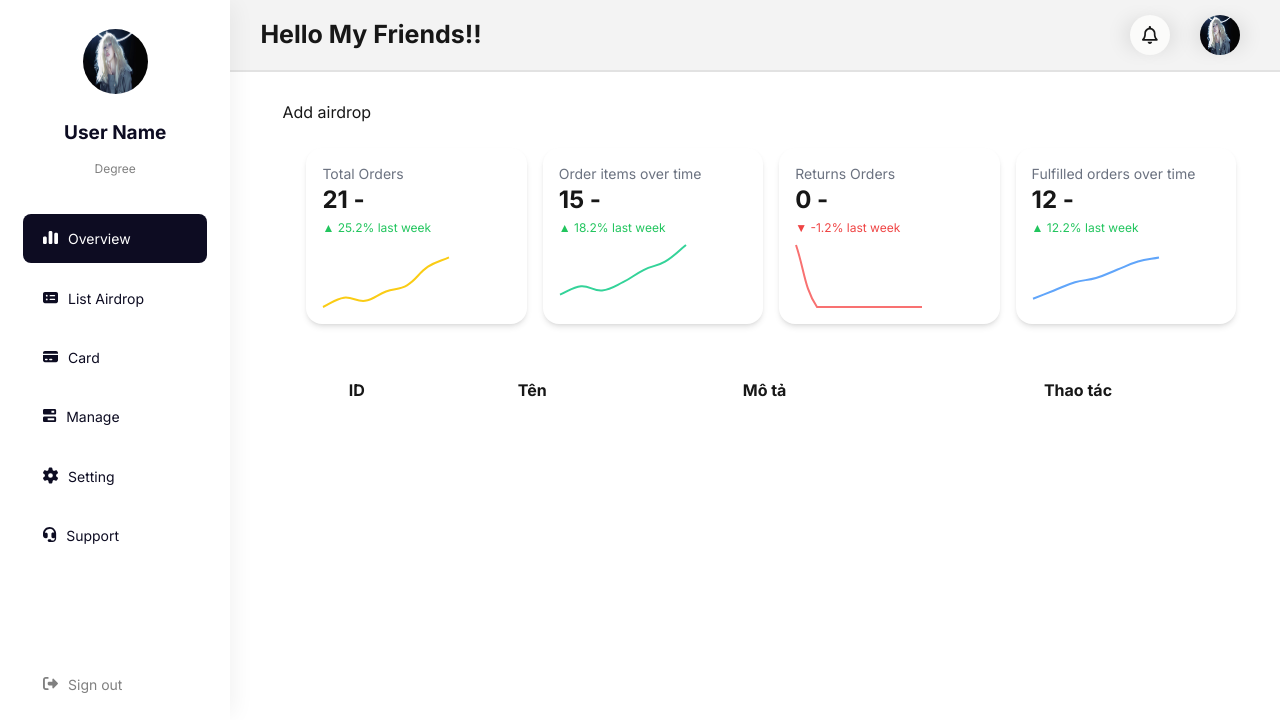
Repository: conGaStuer/airdropmamager
Page: /airdrops
An editor plug-in stored every save of this project. The page is shown before and after the next save, followed by the edit.
The browser window is 1280 px wide. The pictures show the whole page.
The page's requests for data from a server got no answer. The project was rebuilt for these pictures with package versions that can differ from the ones it lists, and the page was loaded fresh each time. The framework's server and built-in components were replaced by stand-ins that run in the browser. No one was signed in, and anything a server would have sent is missing. Also part of the build but not shown: next.config.ts.

Above is the page before, as saved 2025-05-26 19:43:21.

### src/app/layout.tsx
// app/layout.tsx
import { Inter } from "next/font/google";
import "../styles/globals.css";
import NavBar from "@/components/NavBar";
import SideBar from "@/components/SideBar";

const inter = Inter({ subsets: ["latin"] });

export const metadata = {
  title: "Airdrop Admin",
  description: "Manage Airdrops",
};

// app/layout.tsx
export default function RootLayout({
  children,
}: {
  children: React.ReactNode;
}) {
  return (
    <html lang="en">
      <body>{children}</body>
    </html>
  );
}

### src/app/airdrops/layout.js
// app/airdrops/layout.js (hoặc layout.tsx nếu bạn dùng TypeScript)
"use client";
import React from "react";
import NavBar from "@/components/NavBar";
import SideBar from "@/components/SideBar";

export default function AirdropLayout({ children }) {
  return (
    <div className="flex">
      <SideBar />
      <div className="flex-1">
        <NavBar />
        <main className="pt-20 pl-8">{children}</main>
      </div>
    </div>
  );
}

### src/app/airdrops/page.js
"use client";
import React from "react";
import { useState, useEffect } from "react";
import axios from "axios";
import { useRouter } from "next/navigation";

import StatCard from "@/components/StatCard";

export default function AirdropPages() {
  const [airdrops, setAirdrops] = useState([]);

  useEffect(() => {
    const fetchAirdrops = async () => {
      try {
        const res = await axios.get("http://localhost:5000/api/airdrops");
        setAirdrops(res.data);
      } catch (err) {
        console.error("Error fetching airdrops:", err);
      }
    };
    fetchAirdrops();
  }, []);

  const handleDelete = async (id) => {
    if (confirm("Bạn có chắc muốn xóa airdrop này không?")) {
      await axios.delete(`http://localhost:5000/api/airdrops/${id}`);
      const res = await axios.get("http://localhost:5000/api/airdrops");
      setAirdrops(res.data);
    }
  };
  const router = useRouter();
  return (
    <div style={{ padding: 20 }}>
      <button onClick={() => router.push("./airdrops/new")}>Add airdrop</button>
      <div className="p-6 grid grid-cols-1 md:grid-cols-2 lg:grid-cols-4 gap-4">
        <StatCard
          title="Total Orders"
          value={21}
          percentage={25.2}
          isUp={true}
          chartColor="#FACC15" // yellow
          data={[5, 8, 7, 10, 12, 18, 21]}
        />
        <StatCard
          title="Order items over time"
          value={15}
          percentage={18.2}
          isUp={true}
          chartColor="#34D399" // green
          data={[3, 5, 4, 6, 9, 11, 15]}
        />
        <StatCard
          title="Returns Orders"
          value={0}
          percentage={-1.2}
          isUp={false}
          chartColor="#F87171" // red
          data={[1, 0, 0, 0, 0, 0, 0]}
        />
        <StatCard
          title="Fulfilled orders over time"
          value={12}
          percentage={12.2}
          isUp={true}
          chartColor="#60A5FA" // blue
          data={[2, 4, 6, 7, 9, 11, 12]}
        />
      </div>
      <table
        border="1"
        cellPadding="10"
        style={{ marginTop: 20, width: "100%" }}
      >
        <thead>
          <tr>
            <th>ID</th>
            <th>Tên</th>
            <th>Mô tả</th>
            <th>Thao tác</th>
          </tr>
        </thead>
        <tbody>
          {airdrops.map((item) => (
            <tr key={item.id}>
              <td>{item.id}</td>
              <td>{item.name}</td>
              <td>{item.description}</td>
              <td>
                <button
                  onClick={() => router.push(`./airdrops/${item.id}/edit`)}
                >
                  Edit
                </button>
                <button onClick={() => handleDelete(item.id)}>Delete</button>
              </td>
            </tr>
          ))}
        </tbody>
      </table>
    </div>
  );
}

### src/styles/globals.css
@tailwind base;
@tailwind components;
@tailwind utilities;

:root {
  --background: #ffffff;
  --foreground: #171717;
}

@media (prefers-color-scheme: dark) {
  :root {
    --background: #ffffff;
    --foreground: #393737;
  }
}

body {
  color: var(--foreground);
  background: var(--background);
  font-family: inter;
  background-size: cover;
  background-position: center;
}

### src/components/NavBar.js
import React from "react";
import "../styles/navbar.scss";
import { FontAwesomeIcon } from "@fortawesome/react-fontawesome";
import {
  faEdit,
  faTrash,
  faRectangleList,
  faChartSimple,
  faCreditCard,
  faBarsProgress,
  faGear,
  faHeadset,
  faRightFromBracket,
  faRing,
} from "@fortawesome/free-solid-svg-icons";
import { faBell } from "@fortawesome/free-regular-svg-icons";
import Image from "next/image";
export default function NavBar() {
  return (
    <div className="nav-side">
      <p>Hello My Friends!!</p>
      <div className="menu">
        <div className="iconn">
          <FontAwesomeIcon icon={faBell} className="icon" />
        </div>
        <Image src="/styles/avt.jpg" alt="Avatar" width={20} height={20} />
      </div>
    </div>
  );
}

### src/components/SideBar.js
import React from "react";
import "../styles/sideBar.scss";
import { FontAwesomeIcon } from "@fortawesome/react-fontawesome";
import {
  faEdit,
  faTrash,
  faRectangleList,
  faChartSimple,
  faCreditCard,
  faBarsProgress,
  faGear,
  faHeadset,
  faRightFromBracket,
} from "@fortawesome/free-solid-svg-icons";
import Image from "next/image";
import Link from "next/link";
export default function SideBar() {
  return (
    <div className="side-bar">
      <div className="side-info">
        <div className="user-profile">
          <Image src="/styles/avt.jpg" alt="Avatar" width={80} height={80} />
          <h4>User Name</h4>
          <p>Degree</p>
        </div>
      </div>
      <div className="side-menu">
        <div className="menu-element menu-element1">
          <FontAwesomeIcon icon={faChartSimple} className="icon" />

          <span>Overview</span>
        </div>
        <Link href="./airdrops" className="menu-element">
          <FontAwesomeIcon icon={faRectangleList} className="icon" />

          <span>List Airdrop</span>
        </Link>
        <div className="menu-element">
          <FontAwesomeIcon icon={faCreditCard} className="icon" />
          <span>Card</span>
        </div>
        <div className="menu-element">
          <FontAwesomeIcon icon={faBarsProgress} className="icon" />
          <span>Manage</span>
        </div>
        <div className="menu-element">
          <FontAwesomeIcon icon={faGear} className="icon" />
          <span>Setting</span>
        </div>
        <div className="menu-element">
          <FontAwesomeIcon icon={faHeadset} className="icon" />

          <span>Support</span>
        </div>
      </div>
      <div className="side-logout">
        <FontAwesomeIcon icon={faRightFromBracket} className="icon" />
        <span>Sign out</span>
      </div>
    </div>
  );
}

### src/components/StatCard.js
import { Line } from "react-chartjs-2";
import {
  Chart as ChartJS,
  LineElement,
  CategoryScale,
  LinearScale,
  PointElement,
} from "chart.js";

ChartJS.register(LineElement, CategoryScale, LinearScale, PointElement);

export default function StatCard({
  title,
  value,
  percentage,
  chartColor,
  data,
  isUp,
}) {
  return (
    <div className="bg-white p-4 rounded-2xl shadow-md w-full max-w-xs">
      <div className="text-sm text-gray-500">{title}</div>
      <div className="flex items-center justify-between">
        <div className="text-2xl font-bold">{value} -</div>
      </div>
      <div className="flex items-center text-xs text-gray-400 mt-1">
        <span className={isUp ? "text-green-500" : "text-red-500"}>
          {isUp ? "▲" : "▼"} {percentage}% last week
        </span>
      </div>
      <div className="h-16 mt-2">
        <Line
          data={{
            labels: data.map((_, i) => i),
            datasets: [
              {
                data,
                borderColor: chartColor,
                borderWidth: 2,
                tension: 0.4,
                pointRadius: 0,
              },
            ],
          }}
          options={{
            responsive: true,
            plugins: {
              legend: { display: false },
              tooltip: { enabled: false },
            },
            scales: {
              x: { display: false },
              y: { display: false },
            },
          }}
        />
      </div>
    </div>
  );
}

### src/styles/navbar.scss
@mixin center-div {
  display: flex;

  justify-content: space-between;
  align-items: center;
}
@mixin no-space-text {
  margin: 0px;
  padding: 0px;
}
.nav-side {
  width: 82%;
  height: 10vh;
  background-color: #f3f3f3;
  position: fixed;
  float: right;
  right: 0px;

  border-bottom-right-radius: 0px;
  @include center-div();
  padding-left: 30px;
  padding-right: 40px;
  border-bottom: 2px solid rgb(226, 226, 226);
  p {
    font-size: 25px;
    font-weight: bold;
    font-family: "Inter", sans-serif;
  }
  .menu {
    width: 120px;
    height: 90%;
    @include center-div();

    .iconn {
      width: 40px;
      height: 40px;
      background-color: #fbfbfa;
      border-radius: 50%;
      @include center-div();
      justify-content: center;
      position: relative;
      left: 10px;
      box-shadow: 10px 0 20px -5px rgba(0, 0, 0, 0.1),
        -10px 0 20px -5px rgba(0, 0, 0, 0.1);

      .icon {
        font-size: 18px;
      }
    }
    img {
      width: 40px;
      height: 40px;
      border-radius: 50%;
      box-shadow: 10px 0 20px -5px rgba(0, 0, 0, 0.1),
        -10px 0 20px -5px rgba(0, 0, 0, 0.1);
    }
  }
}

### src/styles/sideBar.scss
@mixin center-div {
  display: flex;
  flex-direction: column;
  justify-content: space-between;
  align-items: center;
}
@mixin no-space-text {
  margin: 0px;
  padding: 0px;
}
.side-bar {
  font-family: "Inter", sans-serif;
  @include center-div();
  width: 18%;
  height: 100vh;
  background-color: white;
  color: #808080;
  box-shadow: 10px 0 20px -5px rgba(0, 0, 0, 0.05),
    -10px 0 20px -5px rgba(0, 0, 0, 0.05);
  z-index: 1;
  .icon {
    font-size: 15px;
    margin-right: 10px;
    position: relative;
    top: -1px;
  }
  .side-info {
    width: 80%;
    height: 34%;
    display: flex;
    flex-direction: column;
    justify-content: space-around;
    align-items: center;
    position: relative;
    top: -10px;
    h4 {
      @include no-space-text();
      font-size: 18px;
      font-weight: bold;
    }
    .user-profile {
      width: 75%;
      height: 68%;
      @include center-div();

      img {
        width: 65px;
        height: 65px;
        border-radius: 50%;
      }
      h4 {
        font-size: 19px;
        font-weight: bold;
        @include no-space-text();
        position: relative;
        top: -3px;
        color: #0d0c22;
      }
      p {
        @include no-space-text();
        font-size: 12px;
        position: relative;
        top: -18px;
      }
    }
  }
  .side-menu {
    width: 80%;
    height: 48%;
    @include center-div();
    position: relative;
    top: -65px;
    .menu-element {
      width: 100%;
      height: 14%;
      background-color: white;
      border-radius: 8px;
      font-size: 14px;
      display: flex;
      align-items: center;
      padding: 20px;
      color: #0d0c22;
    }
    .menu-element1 {
      background-color: #0d0c22;
      color: white;
    }
  }
  .side-logout {
    width: 80%;
    height: 7%;
    display: flex;
    align-items: center;
    padding: 20px;
    margin-bottom: 10px;
    span {
      font-size: 14px;
    }
  }
}

### tailwind.config.ts
import type { Config } from "tailwindcss";

export default {
  content: [
    "./src/pages/**/*.{js,ts,jsx,tsx,mdx}",
    "./src/components/**/*.{js,ts,jsx,tsx,mdx}",
    "./src/app/**/*.{js,ts,jsx,tsx,mdx}",
  ],
  theme: {
    extend: {
      colors: {
        background: "var(--background)",
        foreground: "var(--foreground)",
      },
      fontFamily: {
        sans: ["var(--font-inter)", "sans-serif"],
      },
    },
  },
  plugins: [],
} satisfies Config;

After the next save:
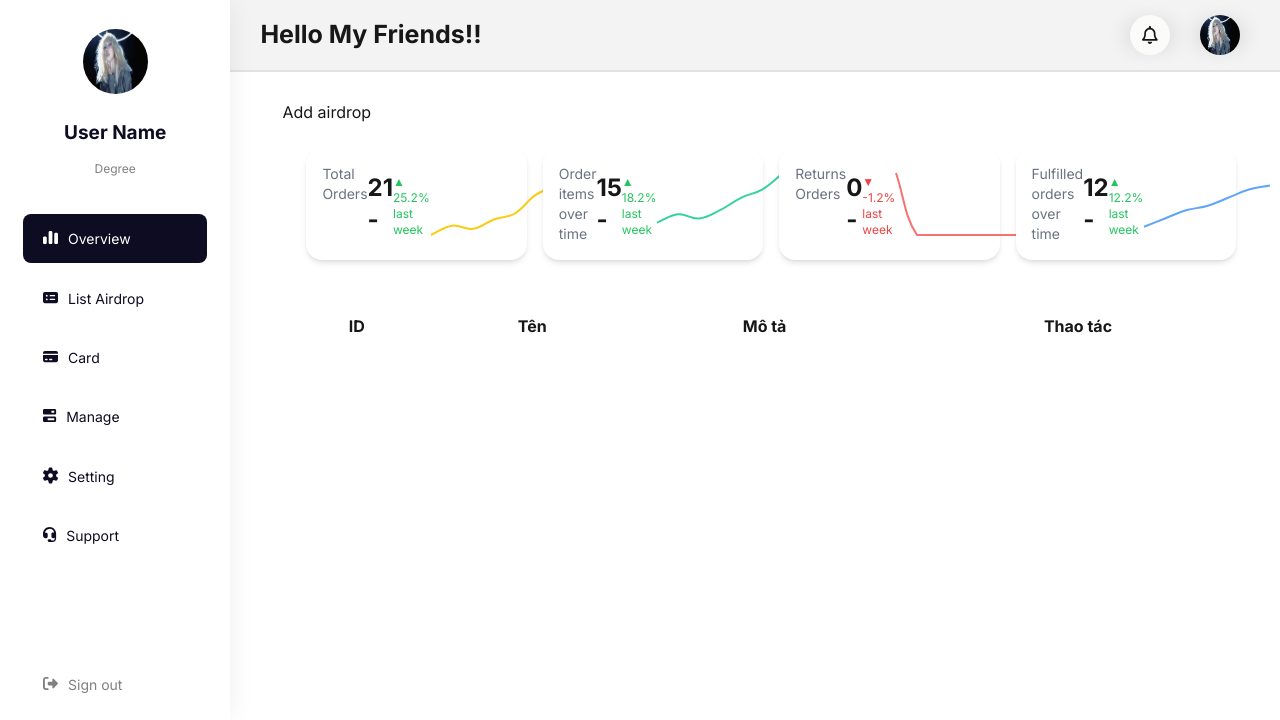
Saved 34 s later.
--- a/src/components/StatCard.js
+++ b/src/components/StatCard.js
@@ -18,7 +18,7 @@
   isUp,
 }) {
   return (
-    <div className="bg-white p-4 rounded-2xl shadow-md w-full max-w-xs">
+    <div className="bg-white p-4 rounded-2xl shadow-md w-full max-w-xs flex justify-between">
       <div className="text-sm text-gray-500">{title}</div>
       <div className="flex items-center justify-between">
         <div className="text-2xl font-bold">{value} -</div>

After the 3 saves that followed:
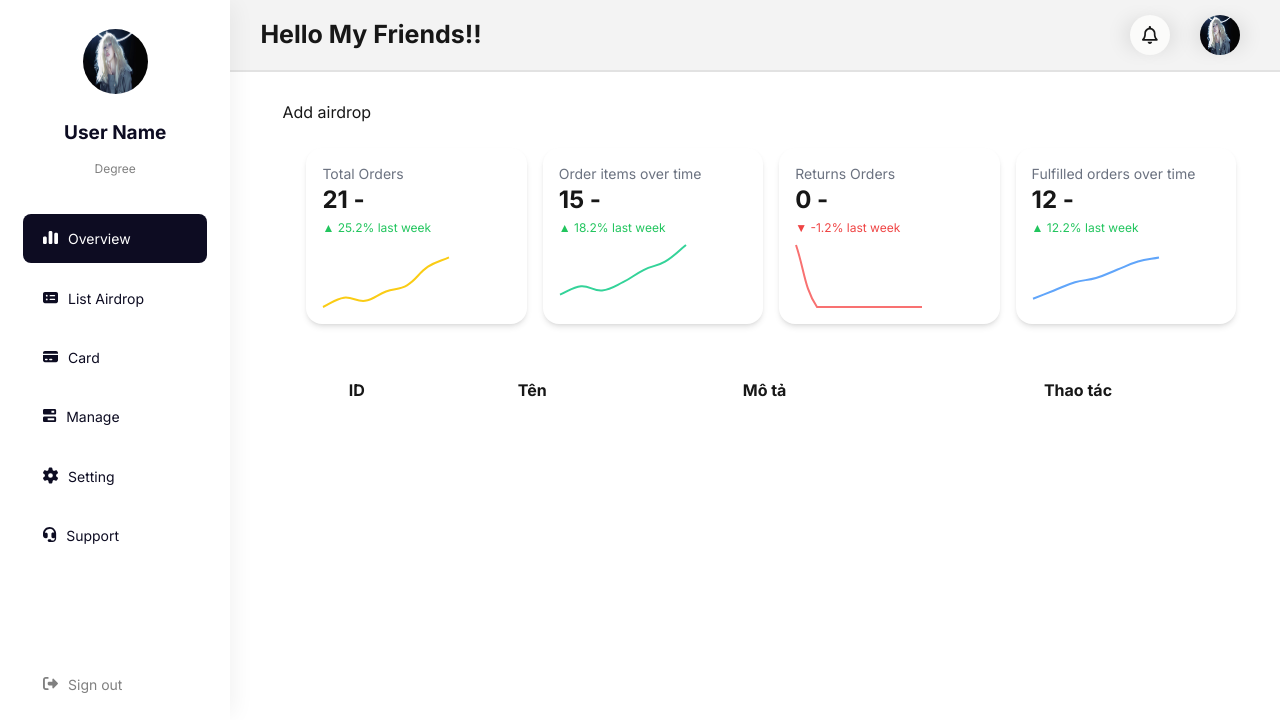
The 3 saves are shown as one change because 2 left the picture as it was.
The last was saved 22 s later.
--- a/src/components/StatCard.js
+++ b/src/components/StatCard.js
@@ -18,7 +18,7 @@
   isUp,
 }) {
   return (
-    <div className="bg-white p-4 rounded-2xl shadow-md w-full max-w-xs flex justify-between">
+    <div className="bg-white p-4 rounded-2xl shadow-md w-full max-w-xs">
       <div className="text-sm text-gray-500">{title}</div>
       <div className="flex items-center justify-between">
         <div className="text-2xl font-bold">{value} -</div>
